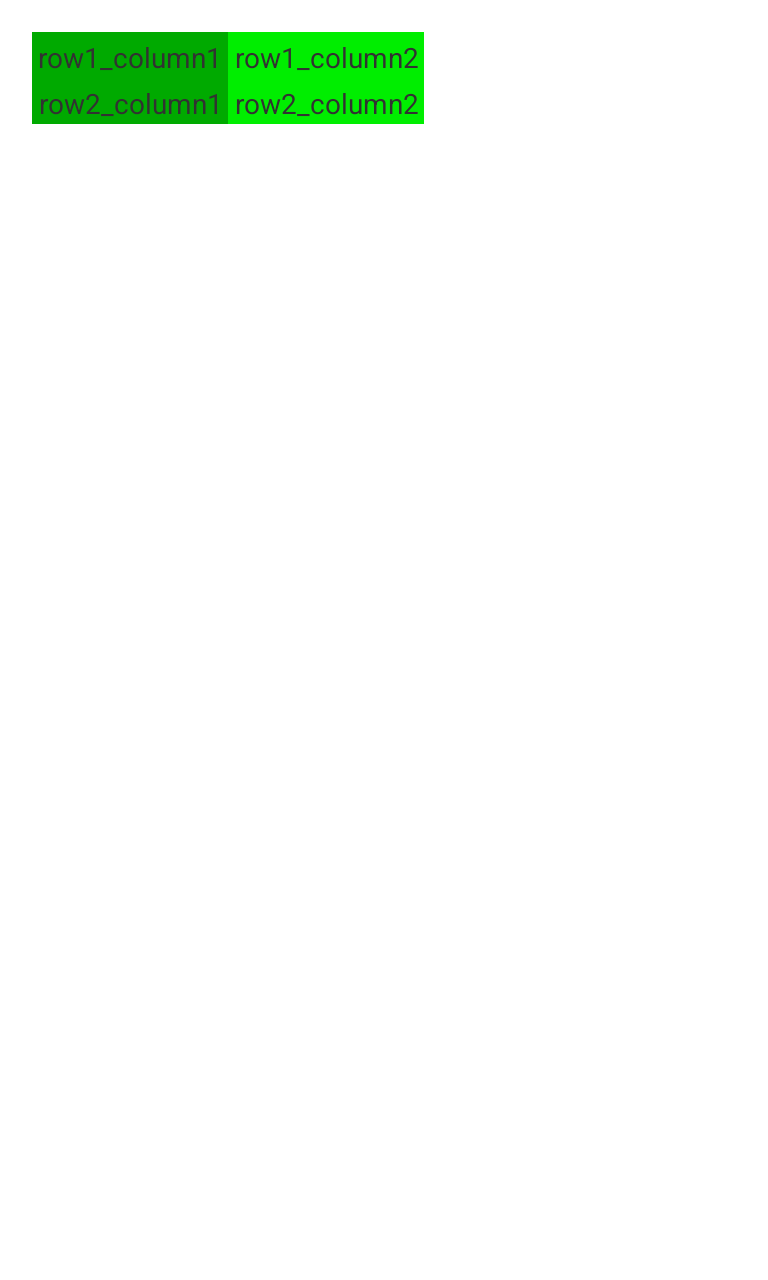
Repository: HouJun11220033/Android
Layout: Layout_02/res/layout/main.xml
An editor plug-in stored every save of this project. The layout is shown before and after the next save, followed by the edit.
It is drawn on a 768 x 1280 px phone screen (xhdpi) without system bars, with theme AppTheme; the app's code is not run.

Above is the layout before, as saved 2016-09-15 13:37:30.

After the next save:
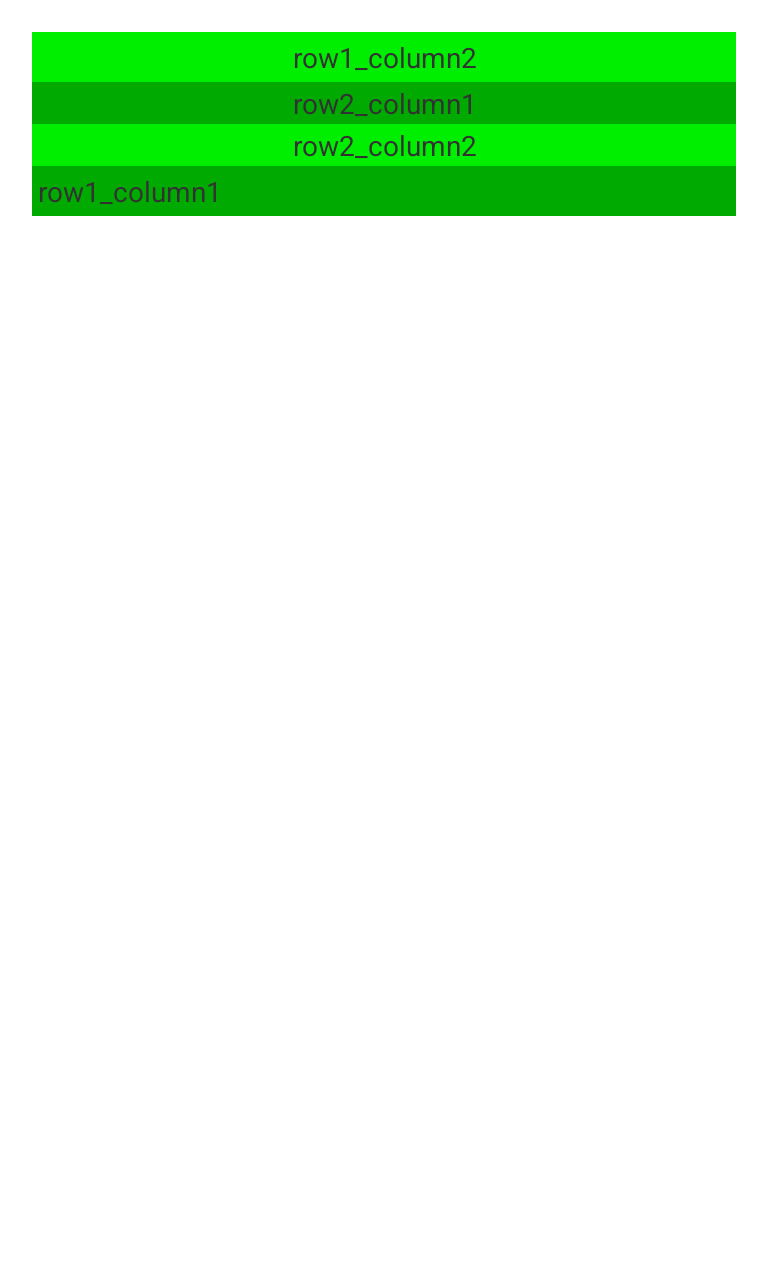
Saved 92 s later.
--- a/Layout_02/res/layout/main.xml
+++ b/Layout_02/res/layout/main.xml
@@ -8,40 +8,34 @@
     android:paddingTop="@dimen/activity_vertical_margin"
     tools:context="com.example.MainActivity" >
 
-    <TableRow>
-
-        <!-- <TextView -->
-        <!-- android:layout_width="wrap_content" -->
-        <!-- android:layout_height="wrap_content" -->
-        <!-- android:text="@string/hello_world" /> -->
-
-        <TextView
-            android:background="#00aa00"
-            android:gravity="center_vertical"
-            android:padding="3dip"
-            android:text="@string/row1_column1" />
-
-        <TextView
-            android:background="#00ee00"
-            android:gravity="center_horizontal"
-            android:padding="3dip"
-            android:text="@string/row1_column2" />
+    <TableRow android:layout_width="wrap_content" >
     </TableRow>
 
+    <TextView
+        android:background="#00ee00"
+        android:gravity="center_horizontal"
+        android:padding="3dip"
+        android:text="@string/row1_column2" />
+
     <TableRow>
-
-        <TextView
-            android:background="#00aa00"
-            android:gravity="center_horizontal"
-            android:padding="1dip"
-            android:text="@string/row2_column1" />
-
-        <TextView
-            android:background="#00ee00"
-            android:gravity="center_horizontal"
-            android:padding="1dip"
-            android:text="@string/row2_column2" >
-        </TextView>
     </TableRow>
 
+    <TextView
+        android:background="#00aa00"
+        android:gravity="center_horizontal"
+        android:padding="1dip"
+        android:text="@string/row2_column1" />
+
+    <TextView
+        android:background="#00ee00"
+        android:gravity="center_horizontal"
+        android:padding="1dip"
+        android:text="@string/row2_column2" />
+
+    <TextView
+        android:background="#00aa00"
+        android:gravity="center_vertical"
+        android:padding="3dip"
+        android:text="@string/row1_column1" />
+
 </TableLayout>
